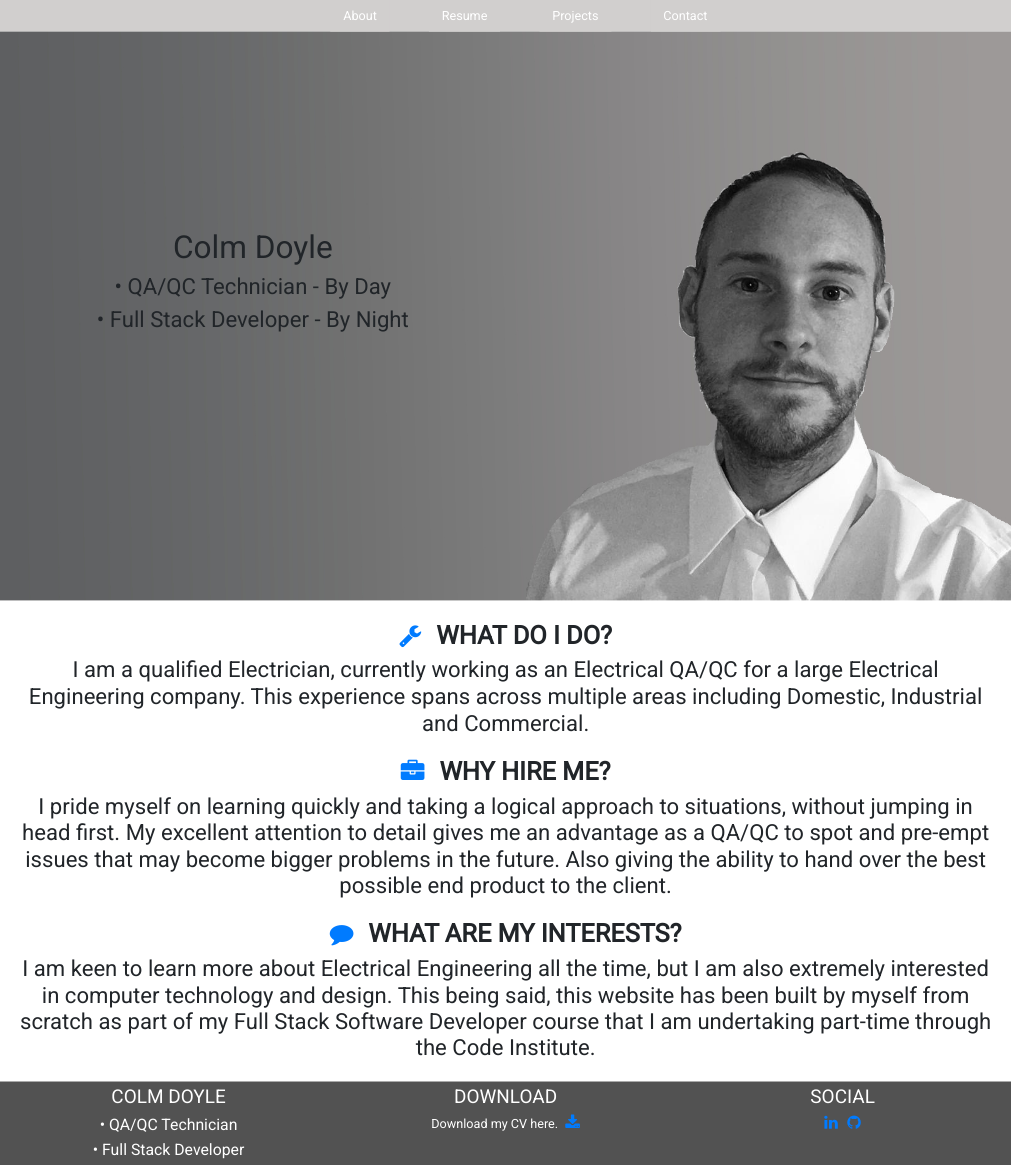
Repository: Code-Institute-Submissions/collyd21-milestone1
Page: index.html
The author's editor kept a record of every edit. The page is drawn from the files as they stood at one moment, then again after the next edit.
The browser window is 1280 px wide. The pictures show the whole page, at 79% of full size.
Some web libraries are served in a nearby version.

Above is the page before.

After the next edit:
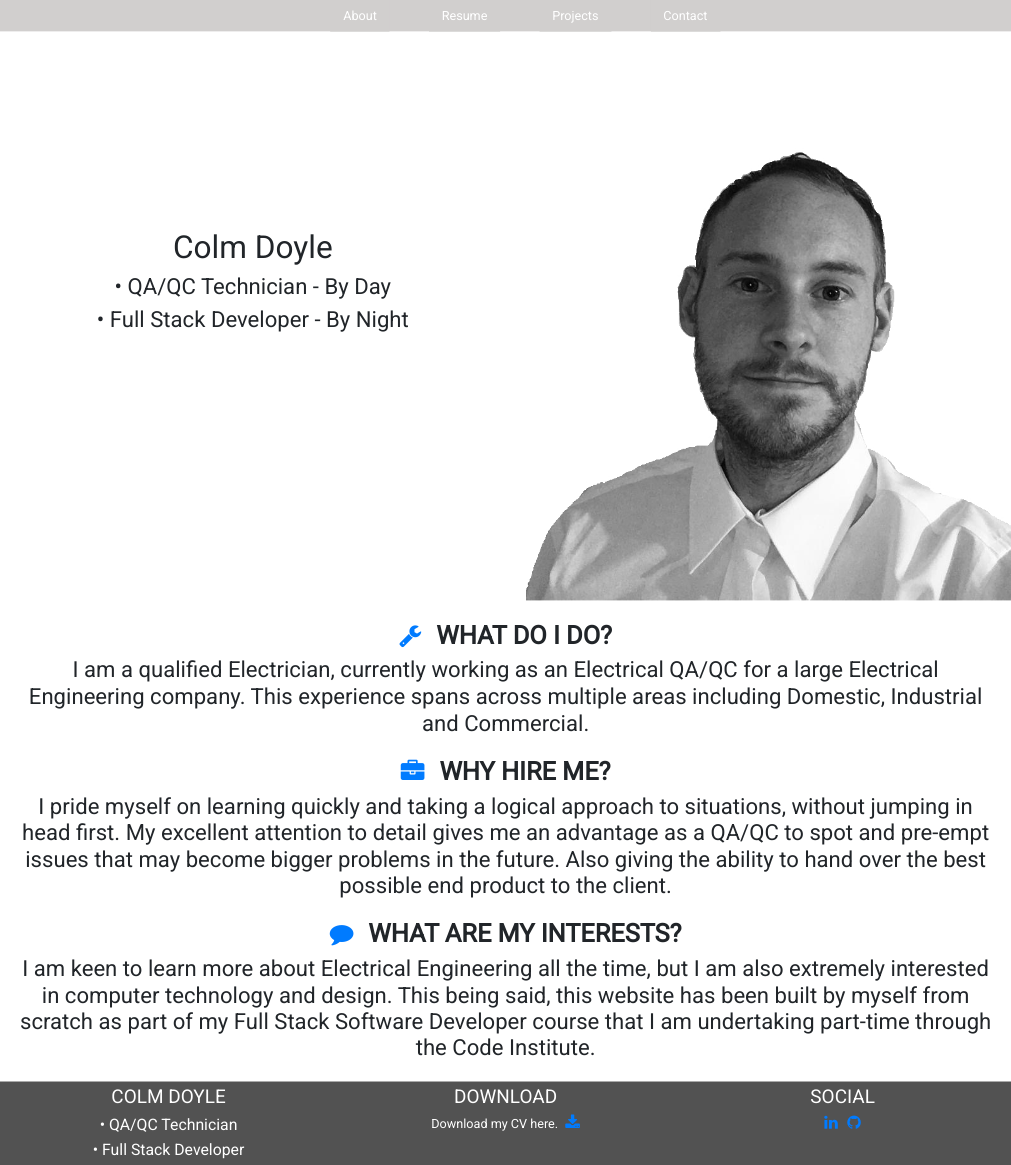
The edit:
--- a/assets/css/style.css
+++ b/assets/css/style.css
@@ -16,9 +16,9 @@
 
 
 #main-view {
-    background: relative, linear-gradient(to right, #c2c2c2 0%, #858585 100%);
-    background-image: url('../images/top.jpg');
+    background: linear-gradient(to right, #c2c2c2 0%, #858585 100%);
     background-position: bottom;
+    background-image: url('../images/main2.jpg');
     background-size: cover;
     height: 100vh;
     width: 100vw;
